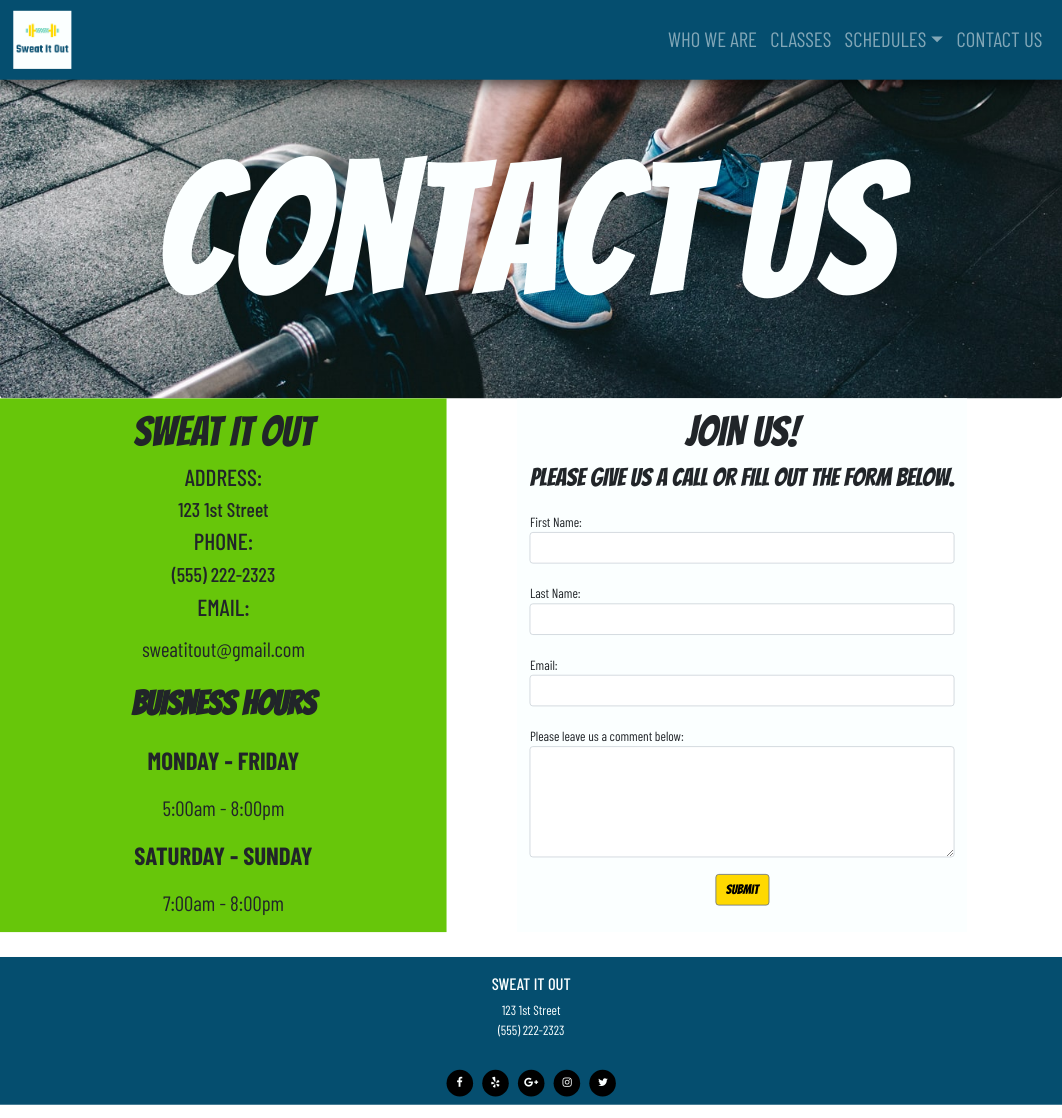
Repository: amybru/sweatitout
Page: contact.html
The author's editor kept a record of every edit. The page is drawn from the files as they stood at one moment, then again after the next edit.
The browser window is 1280 px wide. The pictures show the whole page, at 83% of full size.
Some web fonts or font styles are not loaded; a fallback is used. Some web libraries are served in a nearby version.

Above is the page before.

After the next edit:
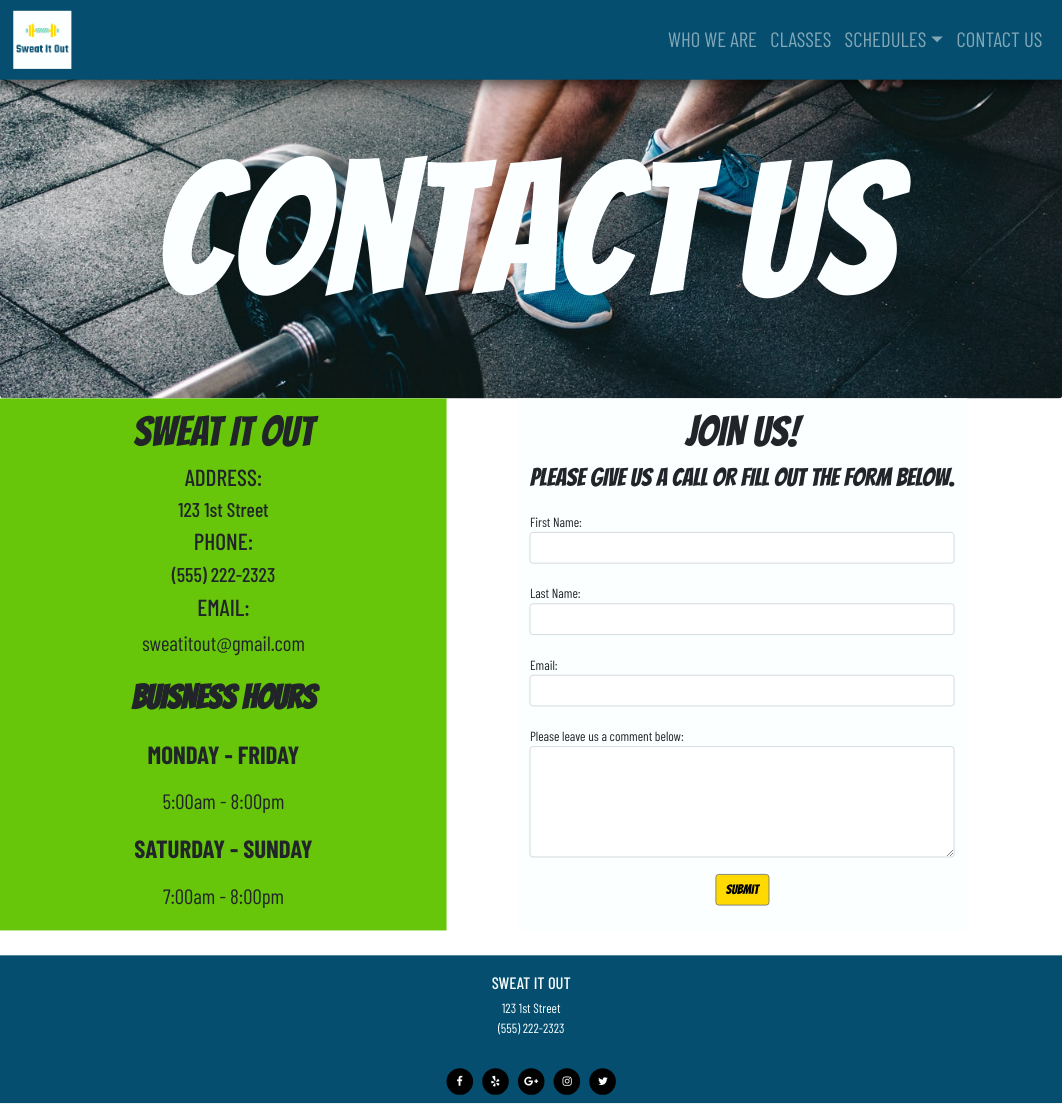
The edit:
--- a/contact.html
+++ b/contact.html
@@ -94,7 +94,7 @@
                   <div class="key">
                      <h3 class="uppercase">
                         Email:
-                     </p>
+                     </h3>
                   </div>
                   <div class="value">
                      <p>
